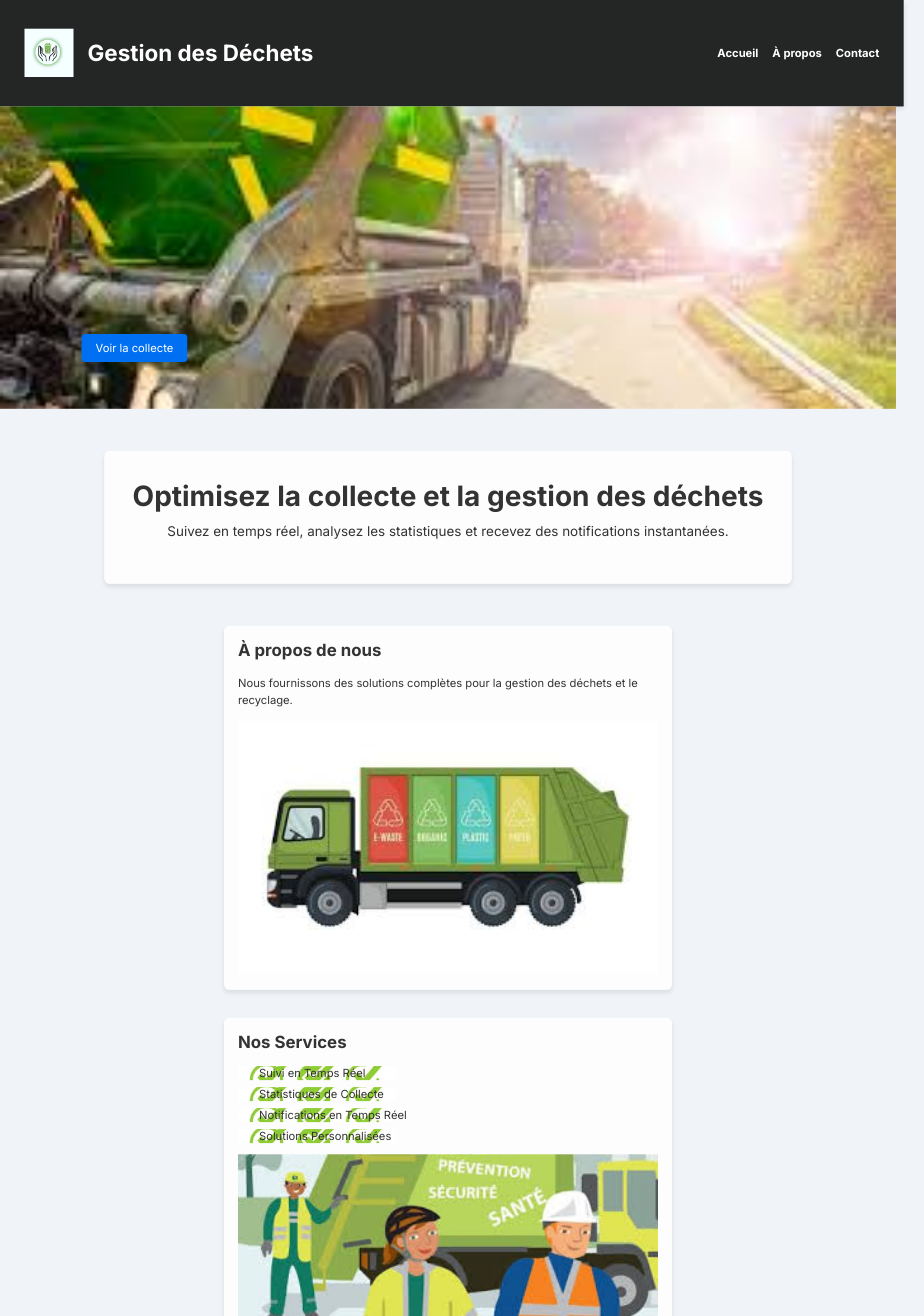
Repository: SystemInfoGeo/QGISproject
Page: / (app in NEXT/)
These files come from the project's save history. The page is drawn as it stood at one moment and after the next save; the edit follows.
The browser window is 1280 px wide. The page is 1320 px wide, so the pictures cover 1320 px, including what lies to the right of the window. The pictures show the part of the page from y = 0 to 1880 px (the page is 2753 px tall before and 2760 px after), at 70% of full size.
The project was rebuilt for these pictures with package versions that can differ from the ones it lists, and the page was loaded fresh each time. The framework's server and built-in components were replaced by stand-ins that run in the browser. Also part of the build but not shown: NEXT/next.config.mjs.

Above is the page before, as saved 2024-06-21 18:49:12.

### NEXT/app/layout.tsx
import type { Metadata } from 'next';
import { Inter } from 'next/font/google';
import './globals.css';

const inter = Inter({ subsets: ['latin'] });

export const metadata: Metadata = {
  title: 'Gestion de la Collecte des Déchets',
  description: 'Application de gestion de la collecte des déchets',
};

export default function RootLayout({
  children,
}: Readonly<{
  children: React.ReactNode;
}>) {
  return (
    <html lang="fr">
      <body className={inter.className}>{children}</body>
    </html>
  );
}

### NEXT/app/page.tsx
'use client';

import { useRouter } from 'next/navigation';
import Image from 'next/image';
import styles from './page.module.css';

export default function Home() {
  const router = useRouter();

  const navigateToCollect = () => {
    router.push('collect');
  };

  return (
    <div className={styles.container}>
      <header className={styles.header}>
        <div className={styles.logoContainer}>
          <Image src="/images/logo.jpg" alt="Logo" width={70} height={90} />
          <h1>Gestion des Déchets</h1>
        </div>
        <nav className={styles.nav}>
          <ul>
            <li><a href="#">Accueil</a></li>
            <li><a href="#about">À propos</a></li>
            <li><a href="#contact">Contact</a></li>
          </ul>
        </nav>
      </header>
      <section className={styles.backgroundSection}>
        <button className={styles.backgroundButton} onClick={navigateToCollect}>Voir la collecte</button>
      </section>
      <main className={styles.main}>
        <section className={styles.hero}>
          <h2>Optimisez la collecte et la gestion des déchets</h2>
          <p>Suivez en temps réel, analysez les statistiques et recevez des notifications instantanées.</p>
        </section>
        <section className={styles.section} id="about">
          <h2>À propos de nous</h2>
          <p>Nous fournissons des solutions complètes pour la gestion des déchets et le recyclage.</p>
          <Image src="/images/img2.jpg" alt="Camion de collecte" width={600} height={400} />
        </section>
        <section className={styles.section} id="services">
          <h2>Nos Services</h2>
          <ul>
            <li>Suivi en Temps Réel</li>
            <li>Statistiques de Collecte</li>
            <li>Notifications en Temps Réel</li>
            <li>Solutions Personnalisées</li>
          </ul>
          <Image src="/images/img1.jpg" alt="Services de gestion des déchets" width={600} height={400} />
        </section>
        <section className={styles.section} id="impact">
          <h2>Impact des Déchets</h2>
          <blockquote>
            "La gestion des déchets est cruciale pour protéger notre environnement et notre santé."
          </blockquote>
          <p>Les déchets non gérés correctement peuvent entraîner des conséquences graves pour l'environnement, notamment la pollution de l'air, de l'eau et des sols. La collecte et le recyclage efficaces des déchets réduisent l'empreinte carbone, préservent les ressources naturelles et protègent la biodiversité.</p>
          <Image src="/images/img3.jpg" alt="Impact des déchets" width={600} height={400} />
        </section>
      </main>
      <footer className={styles.footer} id="contact">
        <p>&copy; 2024 Gestion des Déchets. Tous droits réservés.</p>
        <p>Contact: <a href="mailto:contact@gestiondechets.com">contactez_nous@gestiondechets.com</a></p>
      </footer>
    </div>
  );
}

### NEXT/app/globals.css
/* app/globals.css */

body {
  font-family: Arial, sans-serif;
  margin: 0;
  padding: 0;
  box-sizing: border-box;
  background-color: #f0f4f8;
}

h1, h2, h3 {
  font-family: 'Inter', sans-serif;
}

p {
  line-height: 1.6;
  margin: 0 0 1em;
}

a {
  color: #0070f3;
  text-decoration: none;
}

a:hover {
  text-decoration: underline;
}

img {
  max-width: 100%;
  height: auto;
}

button {
  font-family: 'Inter', sans-serif;
  cursor: pointer;
}

blockquote {
  font-style: italic;
  color: #555;
  border-left: 4px solid #4caf50;
  padding-left: 20px;
  margin: 10px 0;
}

### NEXT/app/page.module.css
/* app/page.module.css */

.container {
  display: flex;
  flex-direction: column;
  min-height: 100vh;
  color: #333;
  position: relative;
  z-index: 1;
}

.header {
  display: flex;
  justify-content: space-between;
  align-items: center;
  padding: 35px;
  background-color: rgba(0, 0, 0, 0.85);
  color: white;
  width: 95.4%;
  box-shadow: 0 4px 8px rgba(0, 0, 0, 0.1);
  backdrop-filter: blur(5px);
}

.logoContainer {
  display: flex;
  align-items: center;
}

.logoContainer h1 {
  margin-left: 20px;
}

.nav ul {
  list-style: none;
  display: flex;
  gap: 20px;
}

.nav ul li {
  margin: 0;
}

.nav ul li a {
  color: white;
  text-decoration: none;
  font-weight: bold;
}

.nav ul li a:hover {
  text-decoration: underline;
}

.backgroundSection {
  background: url('/images/back.jpeg') no-repeat center center;
  background-size: cover;
  width: 100%;
  height: 60vh;
  display: flex;
  justify-content: center;
  align-items: center;
  position: relative;
}

.backgroundButton {
  position: absolute;
  left: 15%;
  top: 80%;
  transform: translate(-50%, -50%);
  padding: 10px 20px;
  background-color: #0070f3;
  color: #fff;
  border: none;
  cursor: pointer;
  border-radius: 5px;
  font-size: 1em;
}

.backgroundButton:hover {
  background-color: #005bb5;
}

.main {
  padding: 20px;
  flex: 1;
  display: flex;
  flex-direction: column;
  align-items: center;
}

.hero {
  text-align: center;
  margin: 40px 0;
  background: rgba(255, 255, 255, 0.85);
  padding: 40px;
  border-radius: 8px;
  box-shadow: 0 4px 8px rgba(0, 0, 0, 0.1);
}

.hero h2 {
  font-size: 2.5em;
  margin: 0;
}

.hero p {
  font-size: 1.2em;
  margin: 10px 0 20px;
}

.section {
  background: rgba(255, 255, 255, 0.85);
  padding: 20px;
  margin: 20px;
  border-radius: 8px;
  width: 100%;
  max-width: 600px;
  box-shadow: 0 4px 8px rgba(0, 0, 0, 0.1);
}

.section h2 {
  margin-top: 0;
}

.section ul {
  list-style: none;
  padding: 0;
}

.section ul li {
  background: url('/images/check.jpg') no-repeat left center;
  padding-left: 30px;
  margin: 10px 0;
}

.section blockquote {
  font-style: italic;
  color: #555;
  border-left: 4px solid #4caf50;
  padding-left: 20px;
  margin: 10px 0;
}

.button {
  padding: 10px 20px;
  background-color: #0070f3;
  color: #fff;
  border: none;
  cursor: pointer;
  border-radius: 5px;
  font-size: 1em;
}

.button:hover {
  background-color: #005bb5;
}

.footer {
  text-align: center;
  padding: 20px;
  background-color: rgba(51, 51, 51, 0.85);
  color: white;
  width: 100%;
  position: relative;
  z-index: 1;
}

.footer a {
  color: #4caf50;
  text-decoration: none;
}

.footer a:hover {
  text-decoration: underline;
}

After the next save:
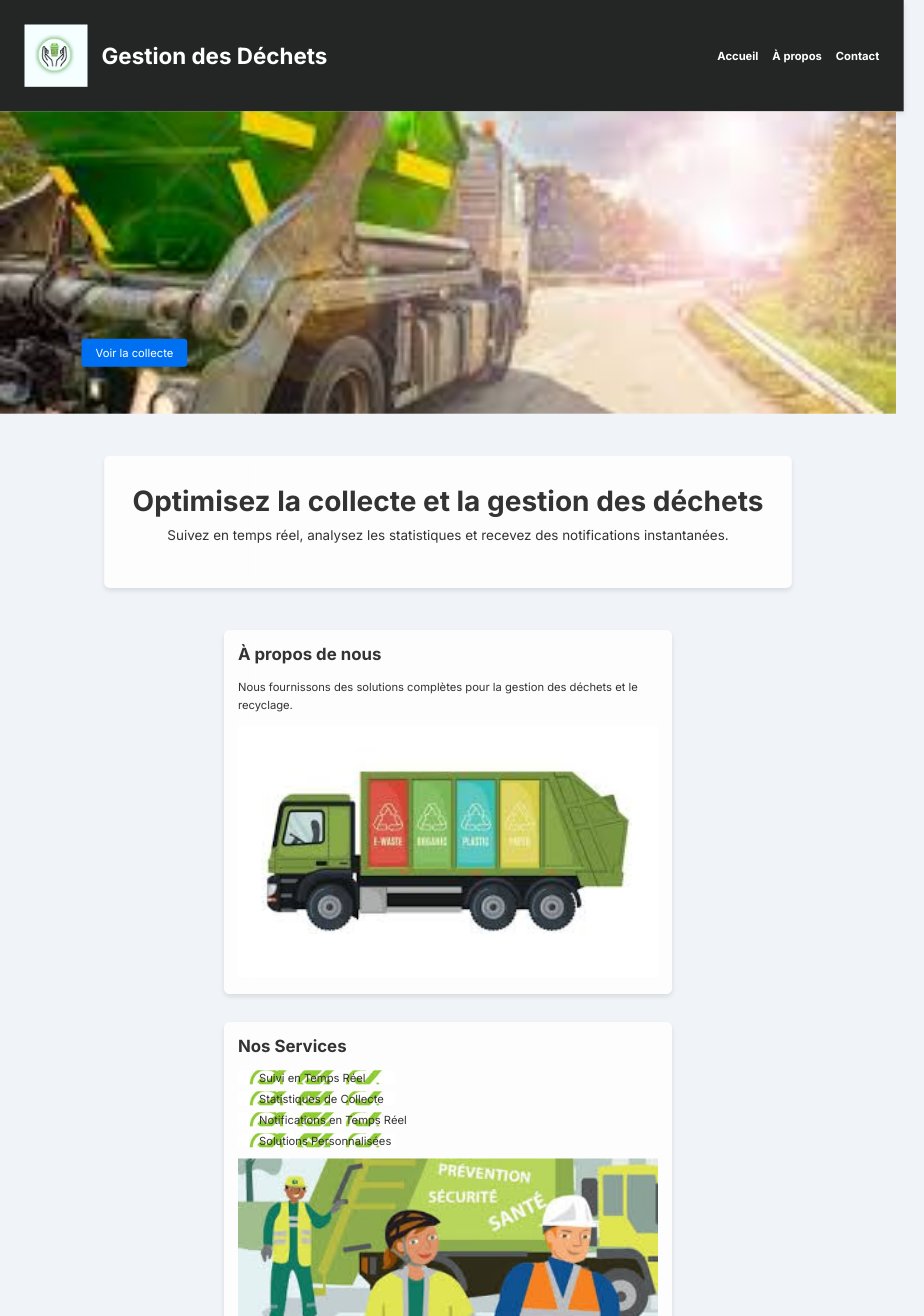
Saved 8 s later.
--- a/NEXT/app/page.tsx
+++ b/NEXT/app/page.tsx
@@ -15,7 +15,7 @@
     <div className={styles.container}>
       <header className={styles.header}>
         <div className={styles.logoContainer}>
-          <Image src="/images/logo.jpg" alt="Logo" width={70} height={90} />
+          <Image src="/images/logo.jpg" alt="Logo" width={90} height={90} />
           <h1>Gestion des Déchets</h1>
         </div>
         <nav className={styles.nav}>
